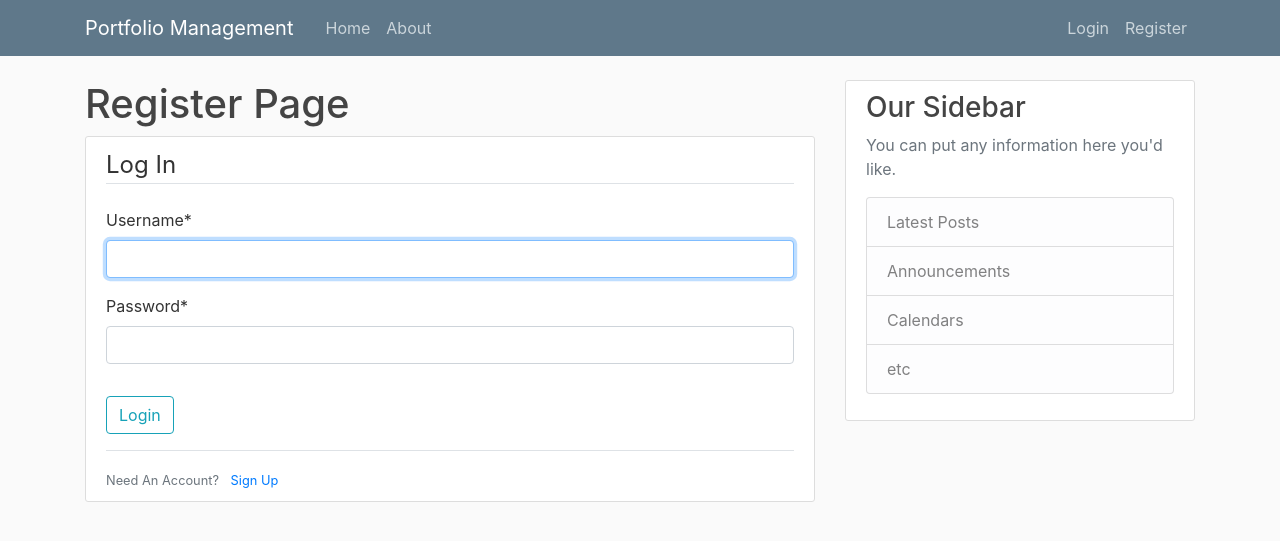
Repository: rahulsolankib/portfolio
Page: http://localhost/login/
These files come from the project's save history. The page is drawn as it stood at one moment and after the next save; the edit follows.
The browser window is 1280 px wide. The pictures show the whole page.
The page is served by the project's application, run on Django 3.2 (manage.py). Other server files are loaded and not shown.

Above is the page before, as saved 2020-10-12 12:45:50.

### user/templates/user/login.html
{% extends "startPage/base.html" %}
{% load crispy_forms_tags %}
{% crispy example_form %}

{% block content %}
    <h1>Register Page</h1>
    <div class="content-section">
        <form method="POST">
            {% csrf_token %}
            <fieldset class="form-group">
                <legend class="border-bottom mb-4">Log In</legend>
                {{form |crispy}}
            </fieldset>
            <div class="form-group">
                <button class="btn btn-outline-info" type="submit">Login</button>
            </div>
        </form>
        <div class="border-top pt-3">
            <small class="text-muted">
                Need An Account? <a class="ml-2" href="{% url 'register' %}">Sign Up</a>
            </small>
        </div>
    </div>
{% endblock content %}

### startPage/templates/startPage/base.html
{% load static %}
<!DOCTYPE html>
<html>
<head>
    <meta charset="utf-8">
    <meta name="viewport" content="width=device-width, initial-scale=1, shrink-to-fit=no">

    <!-- Bootstrap CSS -->
    <link rel="stylesheet" href="https://stackpath.bootstrapcdn.com/bootstrap/4.5.2/css/bootstrap.min.css" integrity="sha384-JcKb8q3iqJ61gNV9KGb8thSsNjpSL0n8PARn9HuZOnIxN0hoP+VmmDGMN5t9UJ0Z" crossorigin="anonymous">

    <link rel="stylesheet" type="text/css" href="{% static 'startPage/main.css' %}">
    {% if title %}
        <title>Django - {{title}}</title>
    {% else %}
        <title>Django</title>
    {% endif %}
</head>
<body>
    <header class="site-header">
        <nav class="navbar navbar-expand-md navbar-dark bg-steel fixed-top">
            <div class="container">
            <a class="navbar-brand mr-4" href="{% url 'Start-Page' %}">Portfolio Management</a>
            <button class="navbar-toggler" type="button" data-toggle="collapse" data-target="#navbarToggle" aria-controls="navbarToggle" aria-expanded="false" aria-label="Toggle navigation">
            <span class="navbar-toggler-icon"></span>
            </button>
            <div class="collapse navbar-collapse" id="navbarToggle">
                <div class="navbar-nav mr-auto">
                <a class="nav-item nav-link" href="{% url 'Start-Page' %}">Home</a>
                <a class="nav-item nav-link" href="{% url 'About-Page' %}">About</a>
                </div>
                <!-- Navbar Right Side -->
                <div class="navbar-nav">
                <a class="nav-item nav-link" href="#">Login</a>
                <a class="nav-item nav-link" href="{% url 'register' %}">Register</a>
                </div>
            </div>
            </div>
        </nav>
    </header>
    <main role="main" class="container">
        <div class="row">
            <div class="col-md-8">
                {% if messages %}
                    {% for message in messages%}
                        <div class="alert alert-{{message.tags}}">
                            {{message}}
                        </div>
                    {% endfor %}
                {% endif %}
                {% block content %}{% endblock %}
            </div>
            <div class="col-md-4">
            <div class="content-section">
                <h3>Our Sidebar</h3>
                <p class='text-muted'>You can put any information here you'd like.
                <ul class="list-group">
                    <li class="list-group-item list-group-item-light">Latest Posts</li>
                    <li class="list-group-item list-group-item-light">Announcements</li>
                    <li class="list-group-item list-group-item-light">Calendars</li>
                    <li class="list-group-item list-group-item-light">etc</li>
                </ul>
                </p>
            </div>
            </div>
        </div>
    </main>


    <script src="https://code.jquery.com/jquery-3.5.1.slim.min.js" integrity="sha384-DfXdz2htPH0lsSSs5nCTpuj/zy4C+OGpamoFVy38MVBnE+IbbVYUew+OrCXaRkfj" crossorigin="anonymous"></script>
    <script src="https://cdn.jsdelivr.net/npm/popper.js@1.16.1/dist/umd/popper.min.js" integrity="sha384-9/reFTGAW83EW2RDu2S0VKaIzap3H66lZH81PoYlFhbGU+6BZp6G7niu735Sk7lN" crossorigin="anonymous"></script>
    <script src="https://stackpath.bootstrapcdn.com/bootstrap/4.5.2/js/bootstrap.min.js" integrity="sha384-B4gt1jrGC7Jh4AgTPSdUtOBvfO8shuf57BaghqFfPlYxofvL8/KUEfYiJOMMV+rV" crossorigin="anonymous"></script>
</body>
</html>

### portfolio/urls.py
"""portfolio URL Configuration

The `urlpatterns` list routes URLs to views. For more information please see:
    https://docs.djangoproject.com/en/3.1/topics/http/urls/
Examples:
Function views
    1. Add an import:  from my_app import views
    2. Add a URL to urlpatterns:  path('', views.home, name='home')
Class-based views
    1. Add an import:  from other_app.views import Home
    2. Add a URL to urlpatterns:  path('', Home.as_view(), name='home')
Including another URLconf
    1. Import the include() function: from django.urls import include, path
    2. Add a URL to urlpatterns:  path('blog/', include('blog.urls'))
"""
from django.contrib import admin
from django.contrib.auth import views as auth_views
from django.urls import path,include
from user import views as user_views

urlpatterns = [
    path('admin/', admin.site.urls),
    path('register/',user_views.register,name='register'),
    path('',include('startPage.urls')),
    path('login/',auth_views.LoginView.as_view(template_name="user/login.html"),name='login'),
    path('logout/',auth_views.LogoutView.as_view(template_name="user/logout.html"),name='logout'),
]

### startPage/urls.py
from django.urls import path
from . import views

urlpatterns = [
    path('', views.home,name="Start-Page"),
    path('about/', views.about,name="About-Page"),
]

### startPage/static/startPage/main.css
body {
    background: #fafafa;
    color: #333333;
    margin-top: 5rem;
  }

  h1, h2, h3, h4, h5, h6 {
    color: #444444;
  }

  ul {
    margin: 0;
  }

  .bg-steel {
    background-color: #5f788a;
  }

  .site-header .navbar-nav .nav-link {
    color: #cbd5db;
  }

  .site-header .navbar-nav .nav-link:hover {
    color: #ffffff;
  }

  .site-header .navbar-nav .nav-link.active {
    font-weight: 500;
  }

  .content-section {
    background: #ffffff;
    padding: 10px 20px;
    border: 1px solid #dddddd;
    border-radius: 3px;
    margin-bottom: 20px;
  }

  .article-title {
    color: #444444;
  }

  a.article-title:hover {
    color: #428bca;
    text-decoration: none;
  }

  .article-content {
    white-space: pre-line;
  }

  .article-img {
    height: 65px;
    width: 65px;
    margin-right: 16px;
  }

  .article-metadata {
    padding-bottom: 1px;
    margin-bottom: 4px;
    border-bottom: 1px solid #e3e3e3
  }

  .article-metadata a:hover {
    color: #333;
    text-decoration: none;
  }

  .article-svg {
    width: 25px;
    height: 25px;
    vertical-align: middle;
  }

  .account-img {
    height: 125px;
    width: 125px;
    margin-right: 20px;
    margin-bottom: 16px;
  }

  .account-heading {
    font-size: 2.5rem;
  }

After the next save:
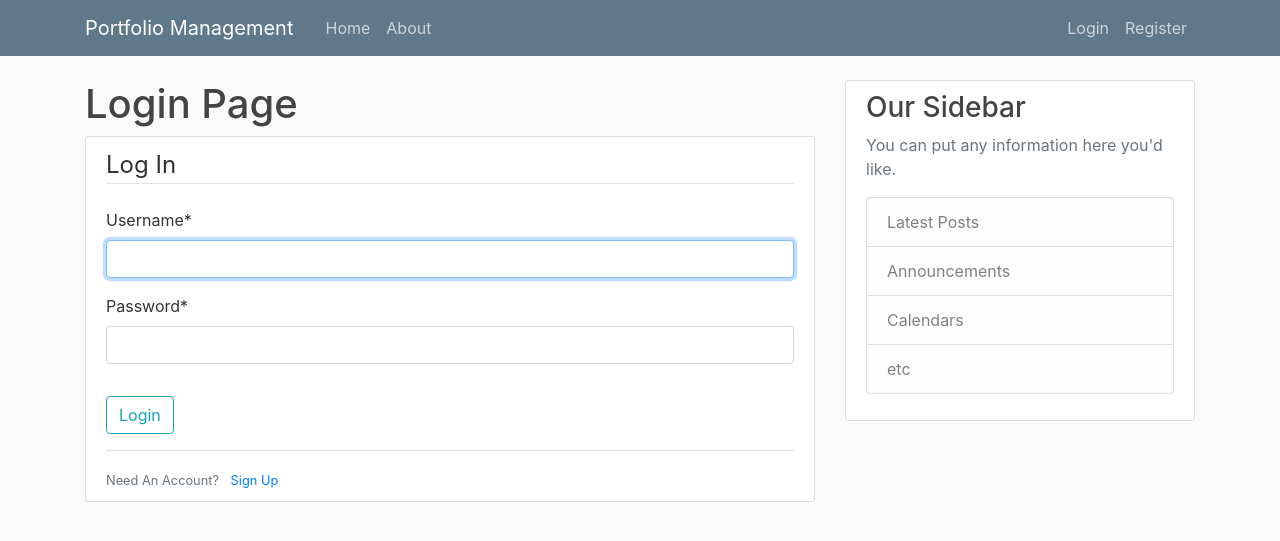
Saved 2 min 24 s later.
--- a/user/templates/user/login.html
+++ b/user/templates/user/login.html
@@ -3,7 +3,7 @@
 {% crispy example_form %}
 
 {% block content %}
-    <h1>Register Page</h1>
+    <h1>Login Page</h1>
     <div class="content-section">
         <form method="POST">
             {% csrf_token %}
